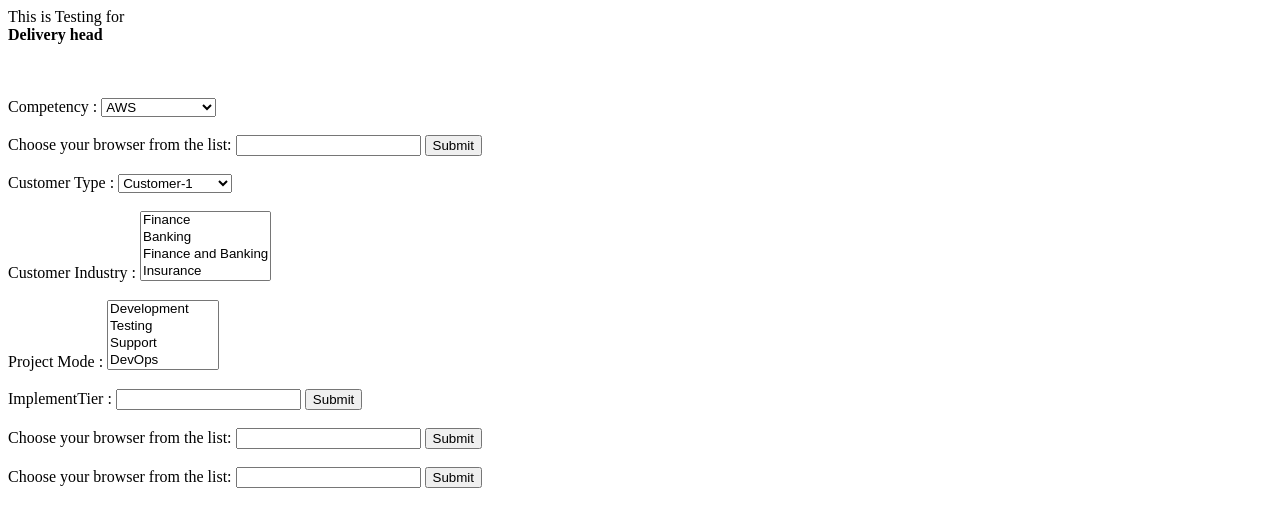
Repository: Perwaiz21/STS
Page: http://localhost/AWS_Web/
These files come from the project's save history. The page is drawn as it stood at one moment and after the next save; the edit follows.
The browser window is 1280 px wide. The pictures show the whole page.
The page is served by Tomcat 9.

Above is the page before, as saved 2021-02-18 10:09:59.

After the next save:
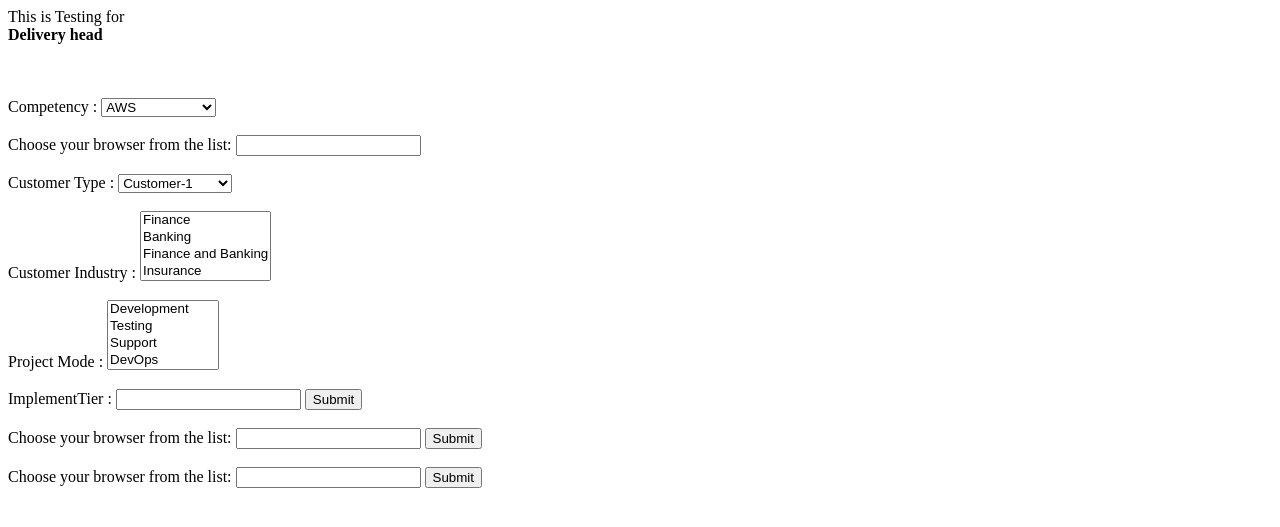
Saved 18 s later.
--- a/AWS_Web/WebContent/index.jsp
+++ b/AWS_Web/WebContent/index.jsp
@@ -31,7 +31,7 @@
 			<option value="Safari">
 
 		</datalist>
-		<input type="submit">
+		<!-- <input type="submit"> -->
 
 		<br> <br> <label
 					for="Customer Type">Customer Type :</label> <select
